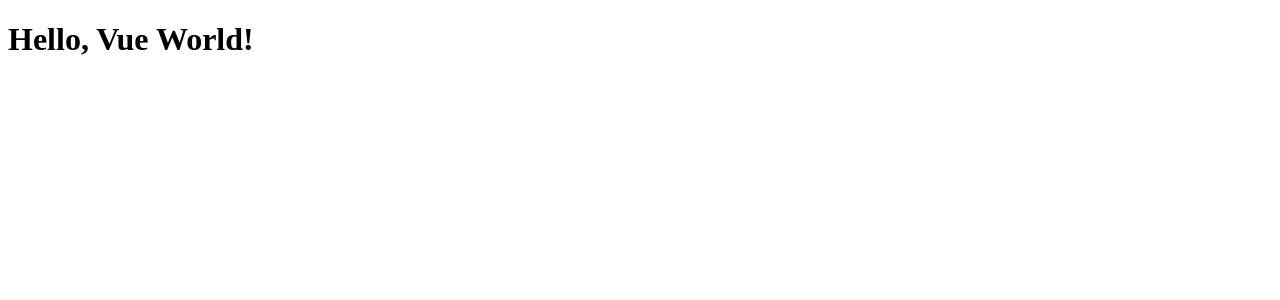
Repository: WAY-C/JSCodes
Page: Vue/01初识vue/初识vue.html
The author's editor kept a copy of each file at every save. The page is drawn from the files as they stood at one save, then again after the next save.
The browser window is 1280 px wide. The pictures show the whole page.

Above is the page before, as saved 2021-08-26 09:13:42.

After the next save:
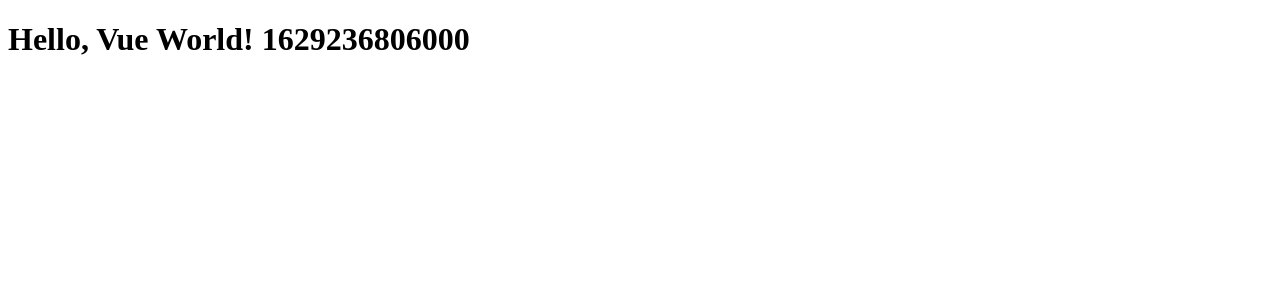
Saved 9 min 40 s later.
--- a/Vue/01初识vue/初识vue.html
+++ b/Vue/01初识vue/初识vue.html
@@ -12,15 +12,16 @@
 <body>
     <!-- 准备好一个容器 -->
     <div id="root">
-        <h1>Hello, {{name}}</h1>
+        <h1>Hello, {{name}} {{Date.now()}}</h1>
     </div>
     <script type="text/javascript">
         Vue.config.productionTip = false; //阻止Vue在启动时产生生产提示
 
         // 创建Vue实例
-        const x = new Vue({
+        // const x = new Vue({
+        new Vue({
             el: '#root', //el属性用于指定当前Vue实例为那个容器服务，值通常为CSS选择器字符串
-            data: {
+            data: { //data用于存储数据，供el选择的容器使用，值暂时为一个对象
                 name: 'Vue World!'
             },
 

After the save that followed:
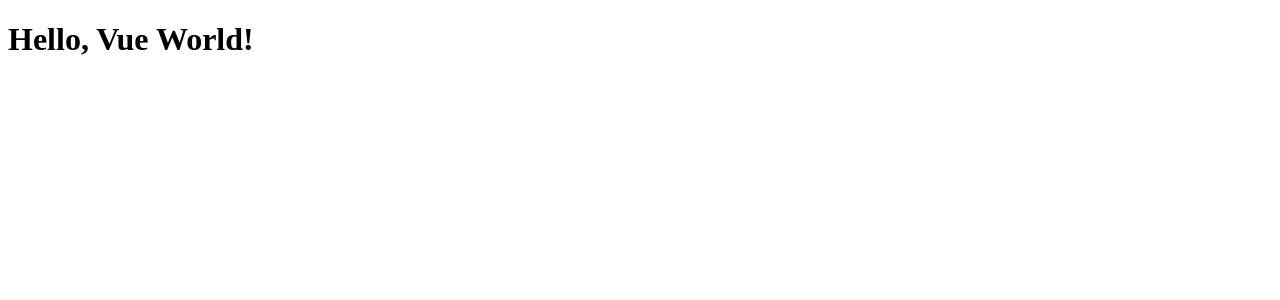
Saved 4 min 57 s later.
--- a/Vue/01初识vue/初识vue.html
+++ b/Vue/01初识vue/初识vue.html
@@ -12,7 +12,7 @@
 <body>
     <!-- 准备好一个容器 -->
     <div id="root">
-        <h1>Hello, {{name}} {{Date.now()}}</h1>
+        <h1>Hello, {{name}}</h1>
     </div>
     <script type="text/javascript">
         Vue.config.productionTip = false; //阻止Vue在启动时产生生产提示
